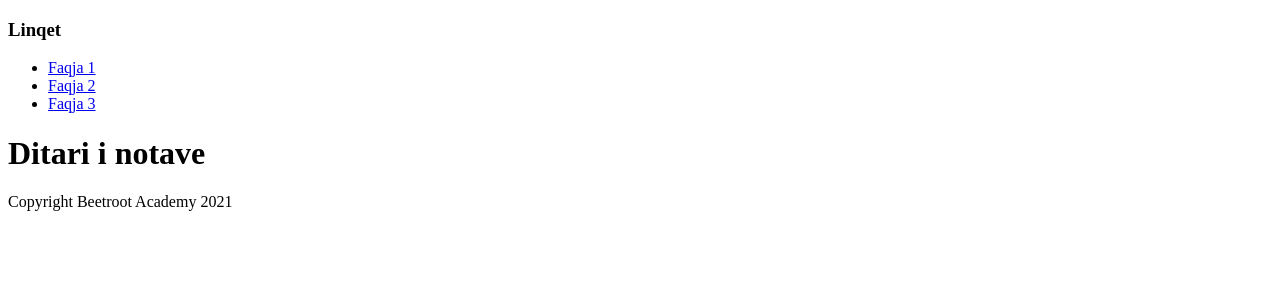
Repository: lendk/beetroot-fe-g1
Page: 02/index.html
These files come from the project's save history. The page is drawn as it stood at one moment and after the next save; the edit follows.
The browser window is 1280 px wide. The pictures show the whole page.

Above is the page before, as saved 2021-01-16 09:37:13.

After the next save:
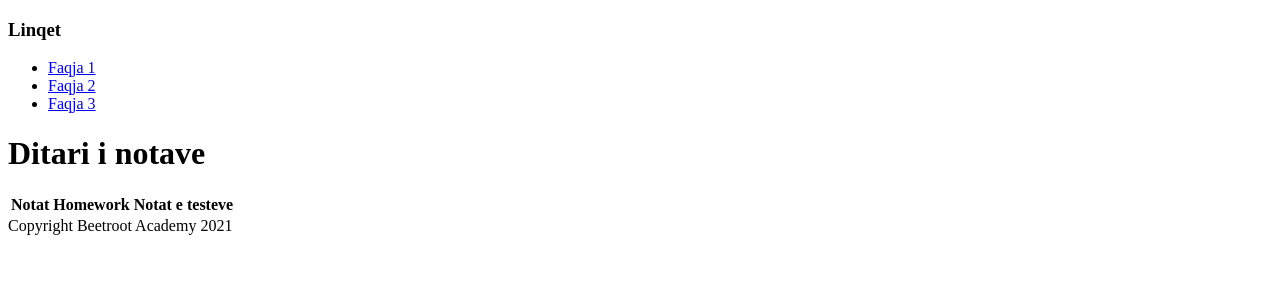
Saved 45 s later.
--- a/02/index.html
+++ b/02/index.html
@@ -19,7 +19,8 @@
     <h1>Ditari i notave</h1>
     <table>
       <tr>
-
+        <th>Notat Homework</th>
+        <th>Notat e testeve</th>
       </tr>
     </table>
   </main>
